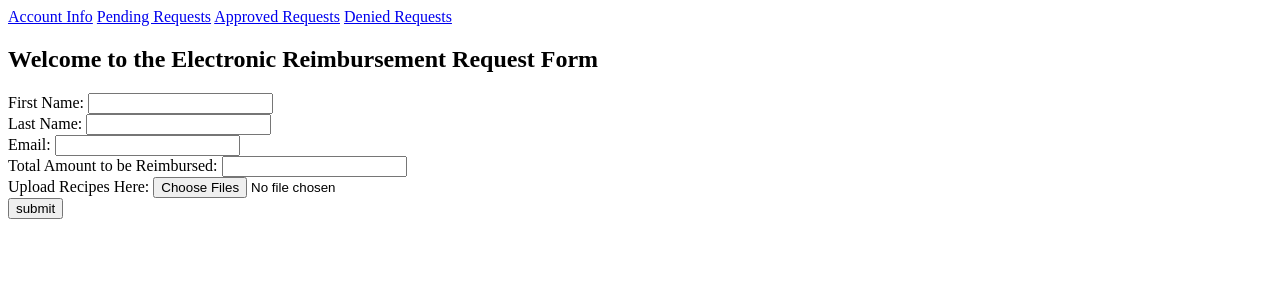
Repository: lharrill01/july_11_current_projects
Page: project1/src/main/webapp/advanced-pages/errfwelcome.html
These files come from the project's save history. The page is drawn as it stood at one moment and after the next save; the edit follows.
The browser window is 1280 px wide. The pictures show the whole page.

Above is the page before, as saved 2019-07-08 18:20:05.

After the next save:
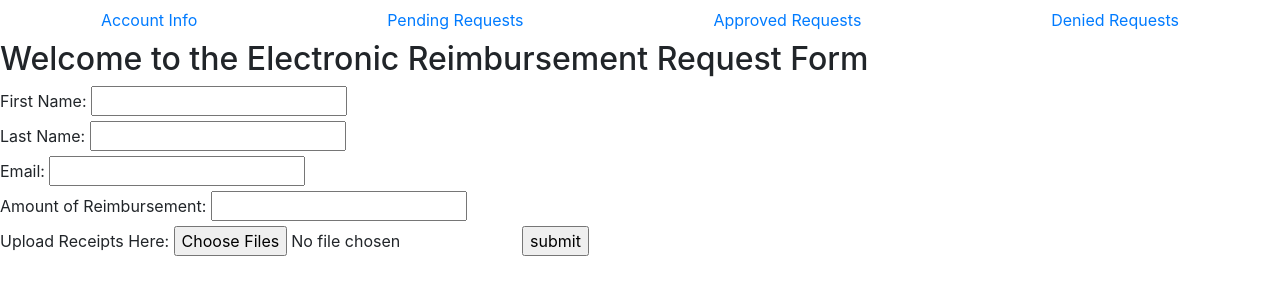
Saved 2 min 1 s later.
--- a/project1/src/main/webapp/advanced-pages/errfwelcome.html
+++ b/project1/src/main/webapp/advanced-pages/errfwelcome.html
@@ -4,41 +4,46 @@
     <meta charset="UTF-8">
     <meta name="viewport" content="width=device-width, initial-scale=1.0">
     <meta http-equiv="X-UA-Compatible" content="ie=edge">
+    <link rel="stylesheet" href="https://maxcdn.bootstrapcdn.com/bootstrap/4.0.0/css/bootstrap.min.css" integrity="sha384-Gn5384xqQ1aoWXA+058RXPxPg6fy4IWvTNh0E263XmFcJlSAwiGgFAW/dAiS6JXm" crossorigin="anonymous">
     <title>Home: GERS</title>
 </head>
 <body>
-<nav>
-<a href="Account.html">Account Info</a>
-<a href="pendingRequests.html">Pending Requests</a>
-<a href="approvedRequests.html">Approved Requests</a>
-<a href="deniedRequests.html">Denied Requests</a>
+    <div class="container">
+        <nav class="navbar">
+            <a href="Account.html">Account Info</a>
+            <a href="pendingRequests.html">Pending Requests</a>
+            <a href="approvedRequests.html">Approved Requests</a>
+            <a href="deniedRequests.html">Denied Requests</a>
+        </nav>
+    </div>
 
+    <h2>Welcome to the Electronic Reimbursement Request Form</h2>
+<div class=>
+    <div>
+        <form action="/" method="post">
+        <label> First Name: </label>
+        <input type="text" name="firstName">
+    </div>
+    <div>
+        <label> Last Name: </label>
+        <input type="text" name="lastName">
+    </div>
+    <div>
+        <label> Email: </label>
+        <input type="email" name="email">
+    </div>
+    <div>
+        <label>Amount of Reimbursement: </label>
+        <input type="text" name="rAmount">
+    </div>
+    <div>
+        <label> Upload Receipts Here: </label>
+        <input type="file" name="reciepts" accept="image/*" multiple>
 
+        <input type="submit" value="submit">
+        </form>
+    </div>
+</div>
 
-</nav>
-    <h2>Welcome to the Electronic Reimbursement Request Form</h2>
-<div>
-<form action="/" method="post">
-<label> First Name: </label>
-<input type="text" name="firstName">
-</div>
-<div>
-<label> Last Name: </label>
-<input type="text" name="lastName">
-</div>
-<div>
-<label> Email: </label>
-<input type="email" name="emailaddress">
-</div>
-<div>
-<label>Total Amount to be Reimbursed: </label>
-<input type="text" name="rAmount">
-</div>
-<div>
-<label> Upload Recipes Here: </label>
-<input type="file" name="reciepts" accept="image/*" multiple>
-</div>
-<input type="submit" value="submit">
-</form>
 </body>
 </html>
